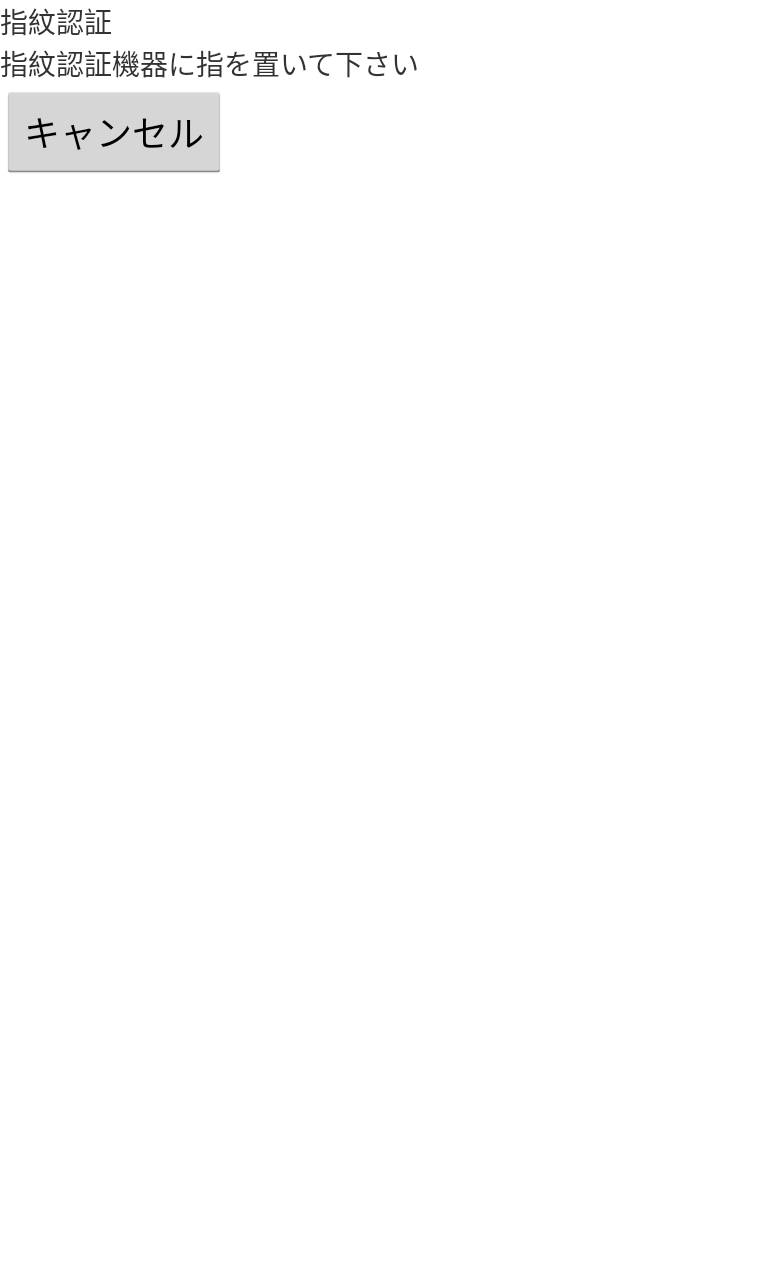
Repository: takuito/app_test
Layout: FiSBA/res/layout/fingerprint_delete.xml
An editor plug-in stored every save of this project. The layout is shown before and after the next save, followed by the edit.
It is drawn on a 768 x 1280 px phone screen (xhdpi) without system bars, with theme AppTheme; the app's code is not run.

Above is the layout before, as saved 2013-11-28 16:44:31.

### FiSBA/res/layout/fingerprint_delete.xml
<?xml version="1.0" encoding="utf-8"?>
<LinearLayout xmlns:android="http://schemas.android.com/apk/res/android"
    android:orientation="vertical"
    android:layout_width="fill_parent"
    android:layout_height="fill_parent"
    >

    <TextView
        android:layout_width="wrap_content"
        android:layout_height="wrap_content"
        android:text="@string/fingerprint_authentication"/>

    <TextView
        android:layout_width="wrap_content"
        android:layout_height="wrap_content"
        android:text="@string/scan_text"/>

    <Button
        android:id="@+id/btnCancel"
        android:layout_width="wrap_content"
        android:layout_height="wrap_content"
        android:text="@string/cancel"
        />


</LinearLayout>

### FiSBA/res/values/strings.xml
<?xml version="1.0" encoding="utf-8"?>
<resources>

    <string name="app_name">FiSBA</string>
    <string name="action_settings">Settings</string>

    <string name="fingerprint_authentication">指紋認証</string>
    <string name="registrationentry">指紋登録</string>
    <string name="delete">指紋削除</string>
    <string name="edit">指紋編集</string>
    <string name="data_administration">データ管理</string>

    <string name="scan_text">指紋認証機器に指を置いて下さい</string>
    <string name="registrationentry_text">指紋データ登録名を入力して下さい</string>
    <string name="delete_text">を削除しますか？</string>
    <string name="delete_complete">指紋削除完了</string>
    <string name="edit_result">を削除しました</string>
    <string name="edit_complete">指紋編集完了</string>
    <string name="delete_result_authentication">認証時に</string>
    <string name="delete_result_start">を起動します</string>
    <string name="cancel">キャンセル</string>
    <string name="scan_success">指紋認証成功</string>
    <string name="scan_failure">指紋認証失敗</string>
    <string name="registrationentry_success">指紋登録成功</string>
    <string name="registrationentry_failure">指紋登録失敗</string>
    <string name="start_app">アプリを起動します</string>
    <string name="scan_again">もう１度認証を行いますか？</string>
    <string name="registrationentry_again">もう１度登録を行いますか？</string>
    <string name="select_data">指紋データを選択して下さい</string>
    <string name="select_app">起動アプリを選択して下さい</string>

    <string name="ok">OK</string>
    <string name="yes">はい</string>
    <string name="no">いいえ</string>




</resources>

Loaded but not shown: FiSBA/res/values/styles.xml (common file); FiSBA/res/values-v11/styles.xml (common file); FiSBA/res/values-v14/styles.xml (common file)

After the next save:
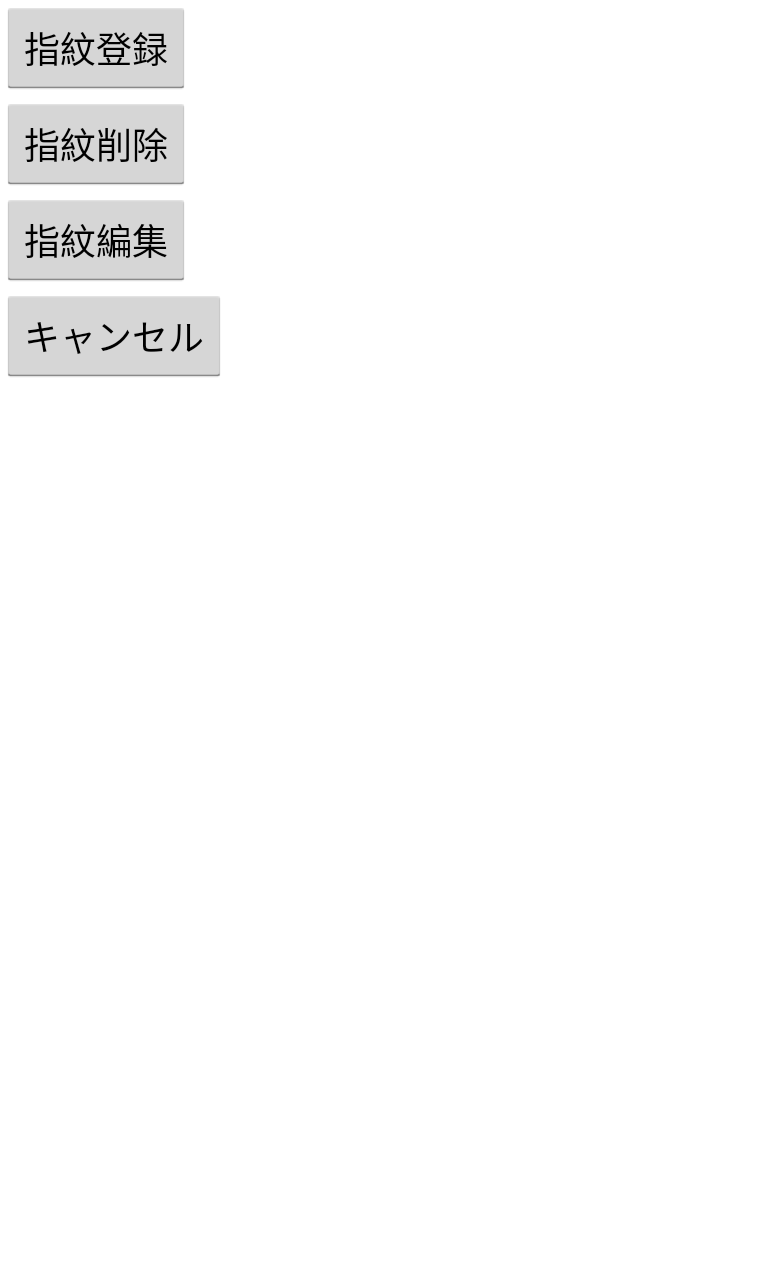
Saved 3 min 25 s later.
--- a/FiSBA/res/layout/fingerprint_delete.xml
+++ b/FiSBA/res/layout/fingerprint_delete.xml
@@ -5,15 +5,26 @@
     android:layout_height="fill_parent"
     >
 
-    <TextView
+    <Button
+        android:id="@+id/btnRegistrationentry"
         android:layout_width="wrap_content"
         android:layout_height="wrap_content"
-        android:text="@string/fingerprint_authentication"/>
+        android:text="@string/registrationentry"
+        />
 
-    <TextView
+    <Button
+        android:id="@+id/btnDelete"
         android:layout_width="wrap_content"
         android:layout_height="wrap_content"
-        android:text="@string/scan_text"/>
+        android:text="@string/delete"
+        />
+
+    <Button
+        android:id="@+id/btnEdit"
+        android:layout_width="wrap_content"
+        android:layout_height="wrap_content"
+        android:text="@string/edit"
+        />
 
     <Button
         android:id="@+id/btnCancel"
@@ -21,6 +32,4 @@
         android:layout_height="wrap_content"
         android:text="@string/cancel"
         />
-
-
 </LinearLayout>
